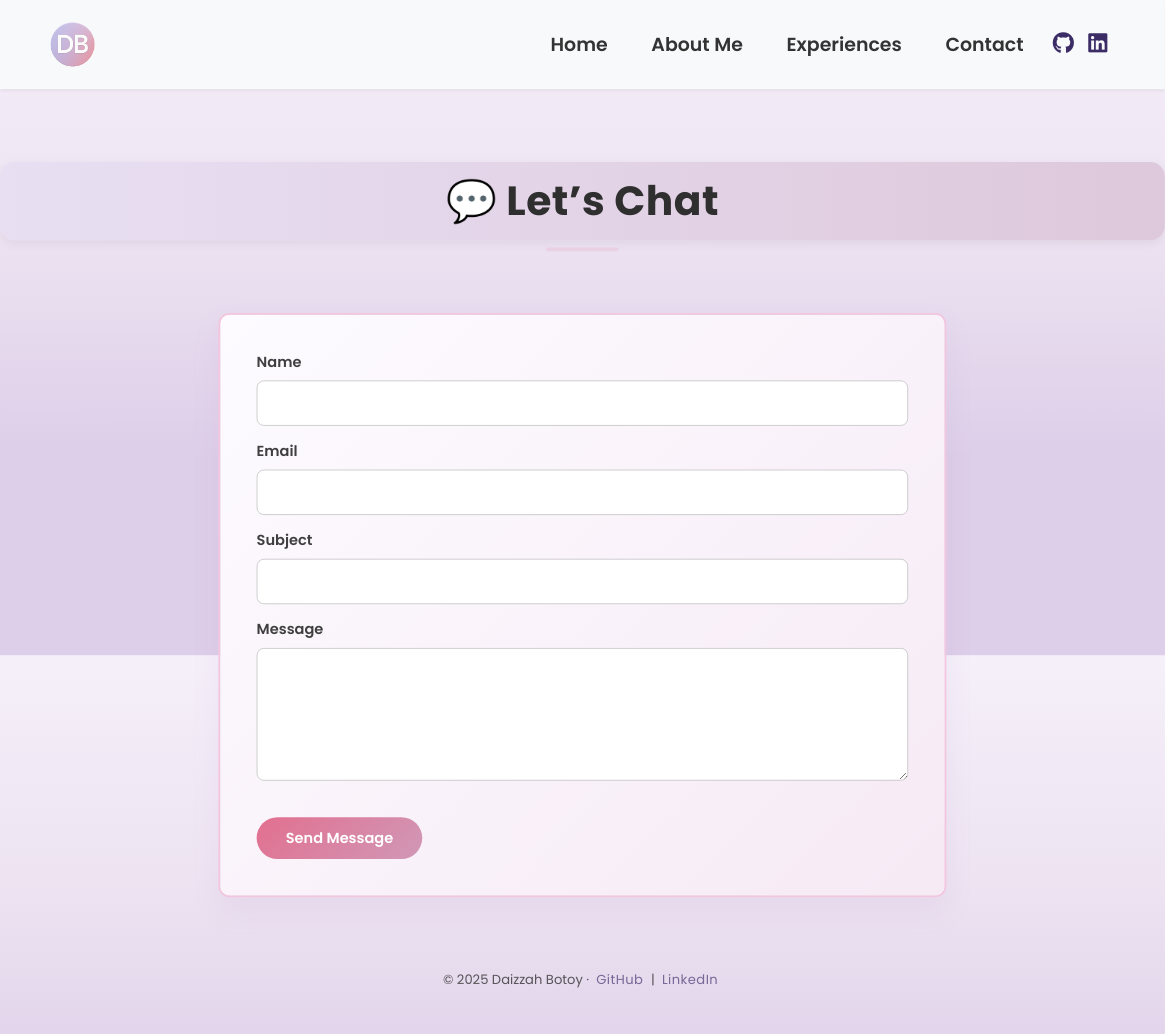
Repository: daizzah/daizzah-portfolio
Page: html/contact.html
An editor plug-in stored every save of this project. The page is shown before and after the next save, followed by the edit.
The browser window is 1280 px wide. The pictures show the whole page, at 91% of full size.
Backgrounds fixed to the window are drawn as part of the page.

Above is the page before, as saved 2025-04-03 00:03:03.

After the next save:
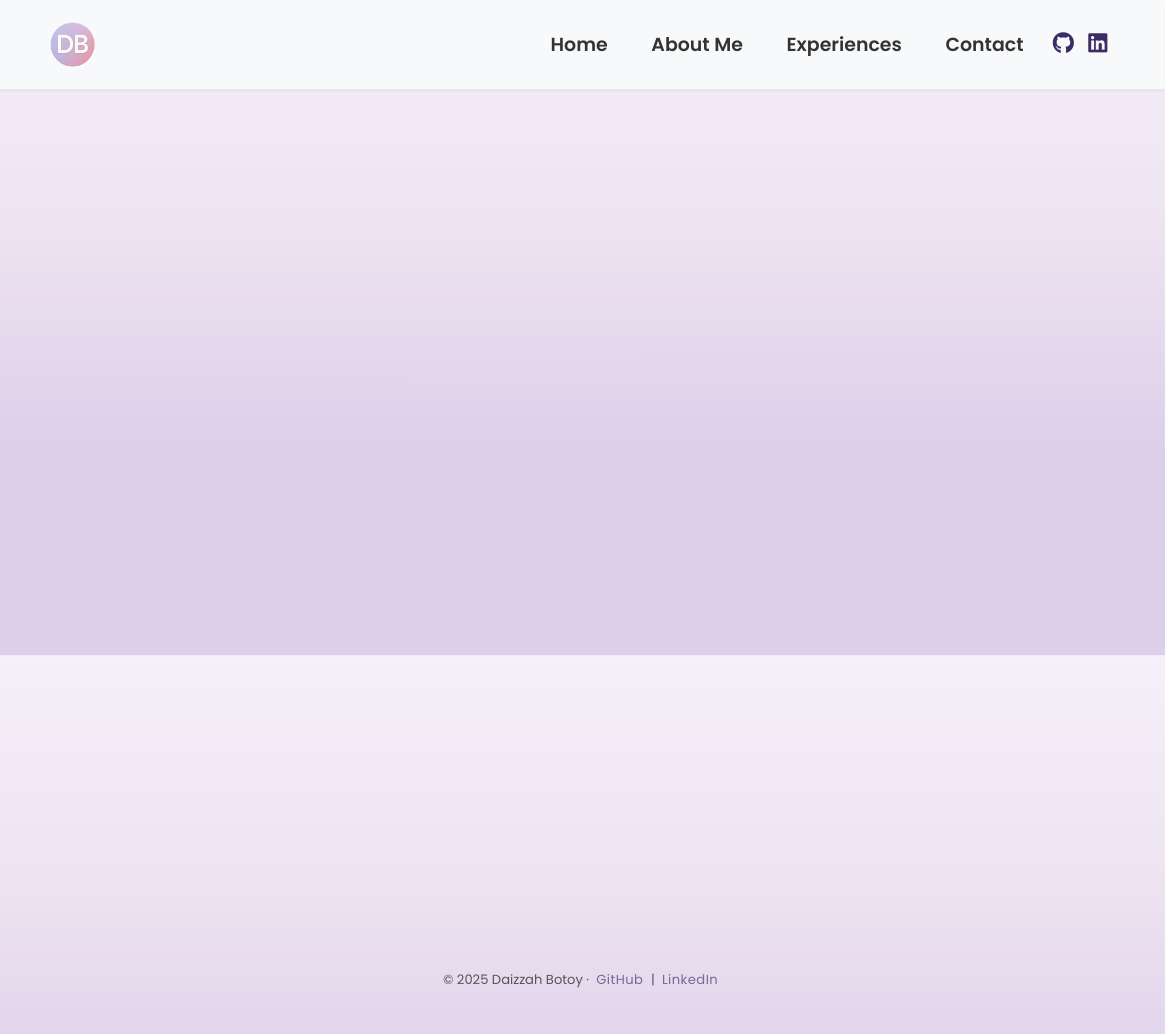
Console error: SyntaxError: Unexpected token '<'
Saved 24 s later.
--- a/html/contact.html
+++ b/html/contact.html
@@ -169,6 +169,42 @@
           }, index * 150);
         });
       });
+
+      <script>
+  document.addEventListener("DOMContentLoaded", () => {
+    const fadeElements = document.querySelectorAll(".fade-in");
+    fadeElements.forEach((el, index) => {
+      setTimeout(() => {
+        el.classList.add("visible");
+      }, index * 150);
+    });
+
+    // Formspree logic
+    const form = document.getElementById("contact-form");
+    const thankYou = document.getElementById("thank-you");
+
+    form.addEventListener("submit", function (e) {
+      e.preventDefault();
+      const formData = new FormData(form);
+
+      fetch(form.action, {
+        method: form.method,
+        body: formData,
+        headers: {
+          Accept: "application/json",
+        },
+      }).then((response) => {
+        if (response.ok) {
+          form.style.display = "none";
+          thankYou.style.display = "block";
+        } else {
+          alert("Oops! Something went wrong. Please try again later.");
+        }
+      });
+    });
+  });
+</script>
+
     </script>
   </body>
 </html>

After the save that followed:
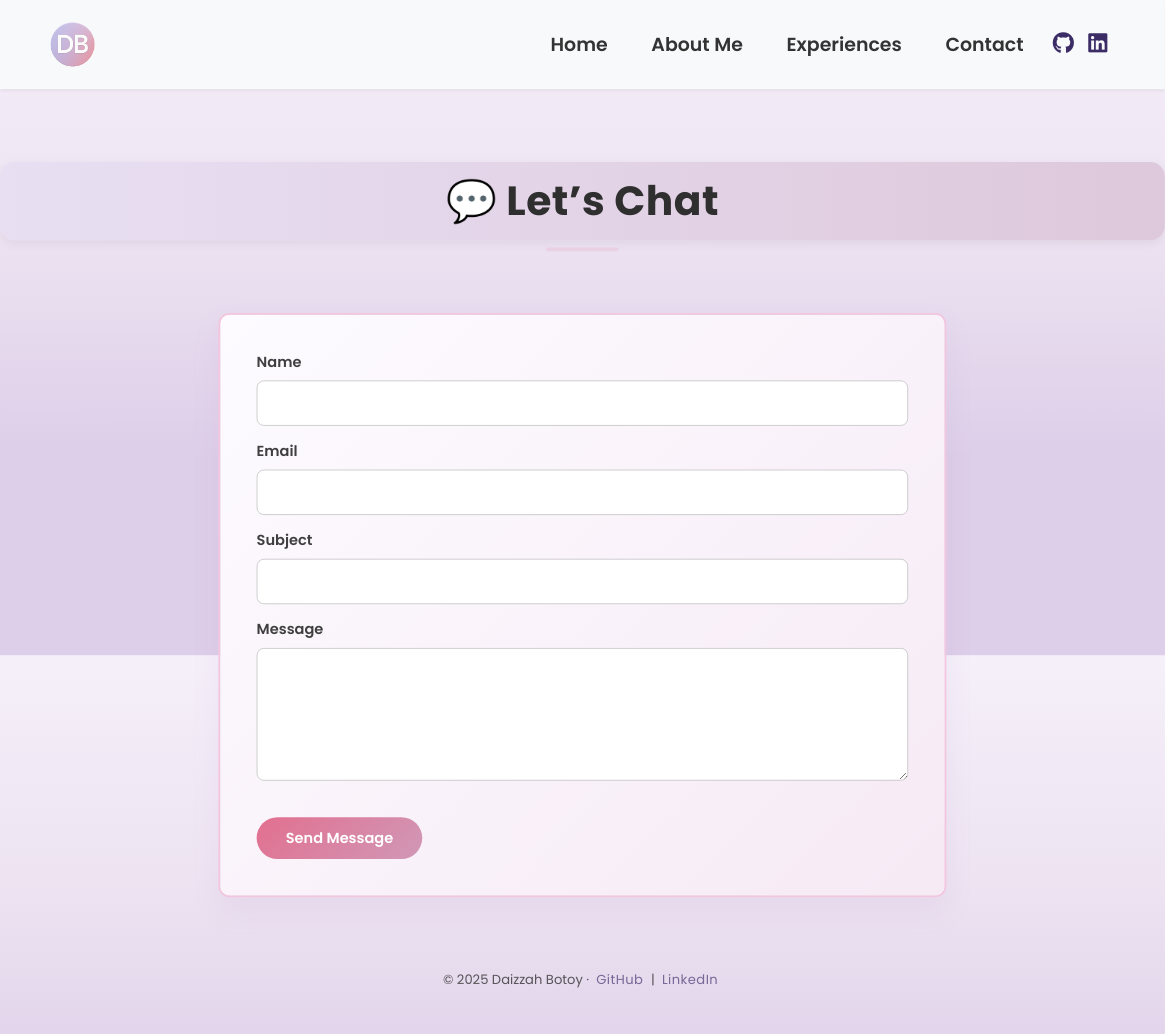
Console error: TypeError: Cannot read properties of null (reading 'addEventListener')
Saved 14 s later.
--- a/html/contact.html
+++ b/html/contact.html
@@ -159,7 +159,6 @@
     </footer>
 
     <!-- Scripts -->
-    <script src="https://cdn.jsdelivr.net/npm/bootstrap@5.3.1/dist/js/bootstrap.bundle.min.js"></script>
     <script>
       document.addEventListener("DOMContentLoaded", () => {
         const fadeElements = document.querySelectorAll(".fade-in");
@@ -168,43 +167,31 @@
             el.classList.add("visible");
           }, index * 150);
         });
+
+        // Formspree logic
+        const form = document.getElementById("contact-form");
+        const thankYou = document.getElementById("thank-you");
+
+        form.addEventListener("submit", function (e) {
+          e.preventDefault();
+          const formData = new FormData(form);
+
+          fetch(form.action, {
+            method: form.method,
+            body: formData,
+            headers: {
+              Accept: "application/json",
+            },
+          }).then((response) => {
+            if (response.ok) {
+              form.style.display = "none";
+              thankYou.style.display = "block";
+            } else {
+              alert("Oops! Something went wrong. Please try again later.");
+            }
+          });
+        });
       });
-
-      <script>
-  document.addEventListener("DOMContentLoaded", () => {
-    const fadeElements = document.querySelectorAll(".fade-in");
-    fadeElements.forEach((el, index) => {
-      setTimeout(() => {
-        el.classList.add("visible");
-      }, index * 150);
-    });
-
-    // Formspree logic
-    const form = document.getElementById("contact-form");
-    const thankYou = document.getElementById("thank-you");
-
-    form.addEventListener("submit", function (e) {
-      e.preventDefault();
-      const formData = new FormData(form);
-
-      fetch(form.action, {
-        method: form.method,
-        body: formData,
-        headers: {
-          Accept: "application/json",
-        },
-      }).then((response) => {
-        if (response.ok) {
-          form.style.display = "none";
-          thankYou.style.display = "block";
-        } else {
-          alert("Oops! Something went wrong. Please try again later.");
-        }
-      });
-    });
-  });
-</script>
-
     </script>
   </body>
 </html>
